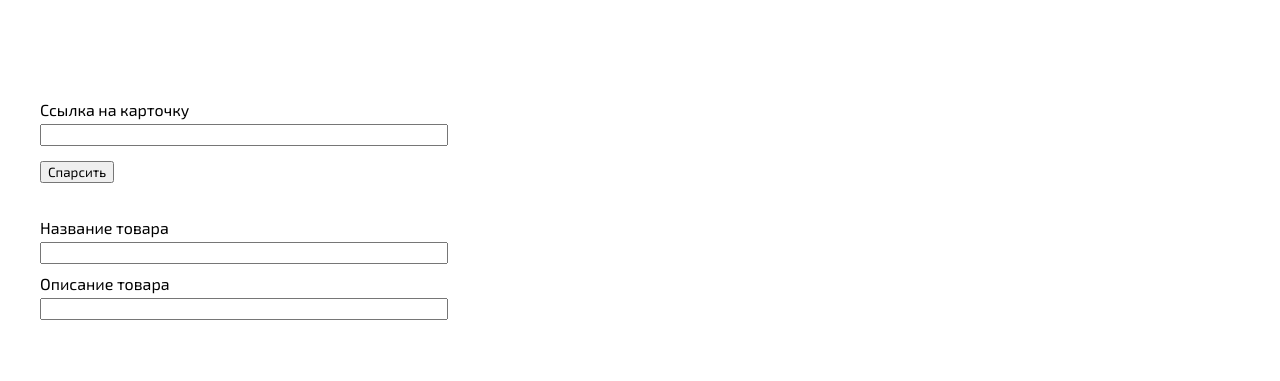
Repository: yozuul/wildberries-product-card-parser-api-exchange
Page: public/index.html
An editor plug-in stored every save of this project. The page is shown before and after the next save, followed by the edit.
The browser window is 1280 px wide. The pictures show the whole page.

Above is the page before, as saved 2021-08-18 17:39:45.

After the next save:
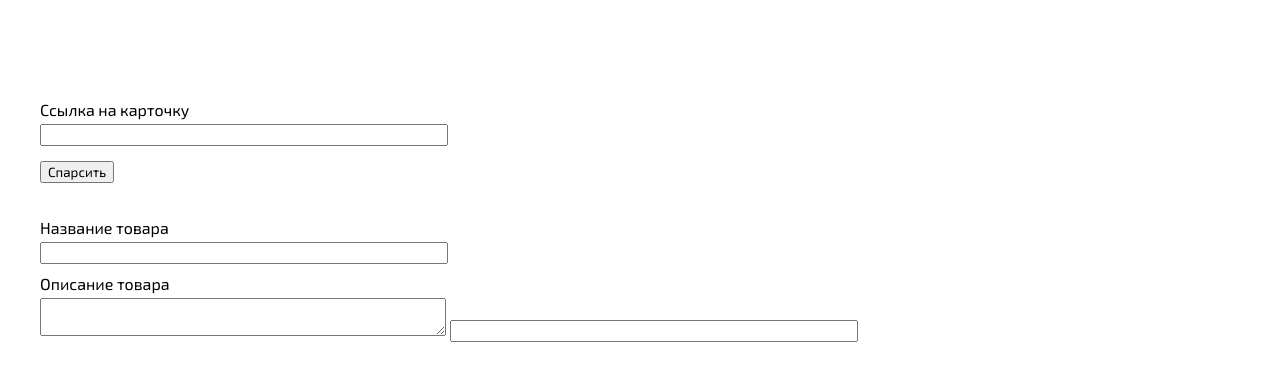
Saved 2 s later.
--- a/public/index.html
+++ b/public/index.html
@@ -20,10 +20,11 @@
          <form name="productForm">
             <div class="inputWrapper">
                <p>Название товара</p>
-               <input type="text" id="productCardName">
+               <input type="text" name="productName" id="productCardName">
             </div>
             <div class="inputWrapper">
                <p>Описание товара</p>
+               <textarea name="productDesc"></textarea>
                <input type="text" id="productCardDesc">
             </div>
          </form>
